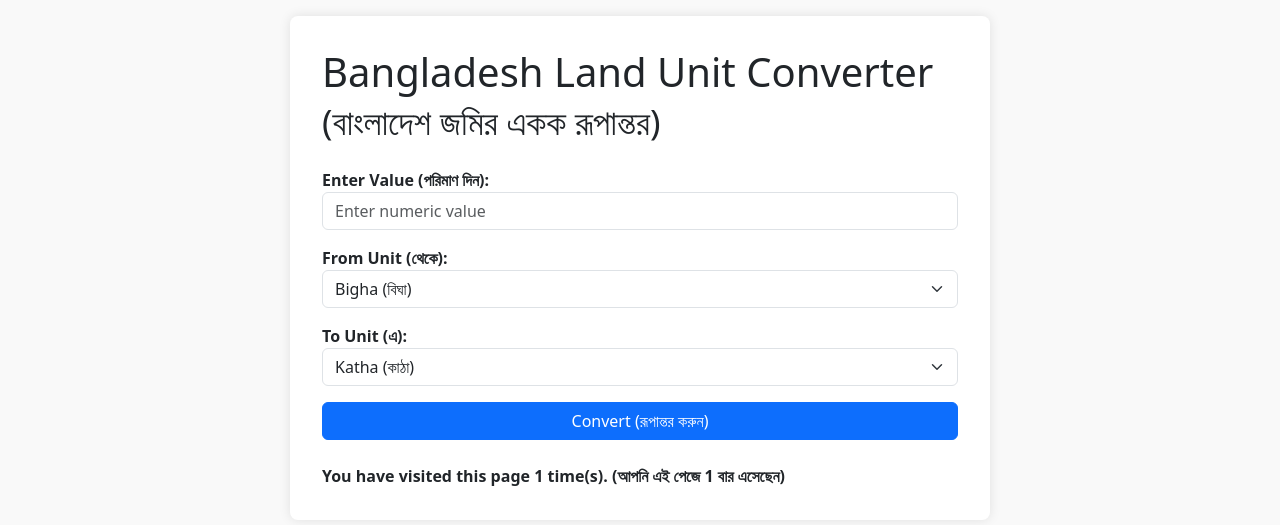
Repository: smriad/bdland
Page: http://localhost/
The author's editor kept a copy of each file at every save. The page is drawn from the files as they stood at one save, then again after the next save.
The browser window is 1280 px wide. The pictures show the whole page.
The page is run by PHP 8.4 with error messages shown; the project is at /var/www/html/.

Above is the page before, as saved 2025-07-22 16:52:18.

### index.php
<!DOCTYPE html>
<html lang="bn">
<head>
<meta charset="UTF-8" />
<meta name="viewport" content="width=device-width, initial-scale=1" />
<title>Bangladesh Land Unit Converter (বাংলাদেশ জমির একক রূপান্তর)</title>
<meta name="description" content="Convert all Bangladesh land units like Paki, Bigha, Decimal, Shotangsho, Katha, Kani, Gonda, Acre and more with this converter. বাংলায় ও ইংরেজিতে।" />
<meta name="keywords" content="Bangladesh land unit converter, Paki, Bigha, Decimal, Katha, Kani, Gonda, Acre, Shotangsho, জমির একক রূপান্তর" />
<meta name="author" content="Riad" />
<link rel="stylesheet" href="https://cdnjs.cloudflare.com/ajax/libs/bootstrap/5.3.2/css/bootstrap.min.css" />
<style>
  body { background: #f9f9f9; padding: 1rem; }
  .container { max-width: 700px; margin: auto; background: white; padding: 2rem; border-radius: 8px; box-shadow: 0 0 12px rgba(0,0,0,0.1); }
  h1 { margin-bottom: 1.5rem; }
  label { font-weight: 600; }
  #result { margin-top: 1.5rem; font-size: 1.25rem; font-weight: 700; }
</style>
</head>
<body>
  <div class="container">
    <h1>Bangladesh Land Unit Converter <br/><small>(বাংলাদেশ জমির একক রূপান্তর)</small></h1>

    <label for="inputValue">Enter Value (পরিমাণ দিন):</label>
    <input type="number" id="inputValue" class="form-control mb-3" placeholder="Enter numeric value" />

    <label for="fromUnit">From Unit (থেকে):</label>
    <select id="fromUnit" class="form-select mb-3"></select>

    <label for="toUnit">To Unit (এ):</label>
    <select id="toUnit" class="form-select mb-3"></select>

    <button class="btn btn-primary w-100" onclick="convert()">Convert (রূপান্তর করুন)</button>

    <div id="result" class="mt-4 text-center"></div>
    <div id="visitorCount" style="margin-top:20px; font-weight:bold;">
    <a href='http://www.freevisitorcounters.com'>Freevisitorcounters.com</a> <script type='text/javascript' src='https://www.freevisitorcounters.com/auth.php?id=a167f5871e47764b81c7913f32381b6fe8d692c6'></script>
<script type="text/javascript" src="https://www.freevisitorcounters.com/en/home/counter/1368317/t/0"></script></div>
  </div>



<script>
  // Units converted to square feet (sq ft) base
  const units = {
    "paki": 14400,         // 1 Paki = 1 Bigha = 20 Katha * 720 = 14400 sq ft
    "bigha": 14400,        // 1 Bigha = 14400 sq ft
    "decimal": 435.6,      // 1 Decimal = 1 Shotangsho = 435.6 sq ft approx
    "shotangsho": 435.6,
    "katha": 720,          // 1 Katha = 720 sq ft approx
    "ojutangsho": 4.356,   // 1 Ojutangsho = Shotangsho / 100 = 4.356 sq ft
    "kani": 17280,         // 1 Kani = 17280 sq ft
    "gonda": 864,          // 1 Gonda = 864 sq ft
    "kora": 216,           // 1 Kora = 216 sq ft
    "kranti": 72,          // 1 Kranti = 72 sq ft
    "til": 3.6,            // 1 Til = 3.6 sq ft
    "acre": 43560,         // 1 Acre = 43560 sq ft
    "chain": 4356,         // 1 Chain = 66 feet * 66 feet = 4356 sq ft
    "square_meter": 10.7639,   // 1 sqm = 10.7639 sq ft
    "square_link": 0.4356,     // 1 Square Link = 0.4356 sq ft
    "bargo_hat": 2.25,      // approx 1 Bargo Hat (8 Hat Nol) ~ 2.25 sq ft
    "chotak": 45,           // 1 Chotak = 45 sq ft (approx from 16 Chotak = 720 sq ft)
    "kak": 54,              // Approx 1 Kak = 54 sq ft (4 Kak = 1 Kora -> 216 sq ft)
    "donto": 12,            // 1 Donto = 12 sq ft
    "dhul": 1.71,           // 1 Dhul = 1.71 sq ft
    "renu": 0.057,          // 1 Renu = 0.057 sq ft
  };

  const unitNames = {
    "paki": "Paki (পাকি)",
    "bigha": "Bigha (বিঘা)",
    "decimal": "Decimal (ডেসিমেল)",
    "shotangsho": "Shotangsho (শতাংশ)",
    "katha": "Katha (কাঠা)",
    "ojutangsho": "Ojutangsho (ওজুতাংশ)",
    "kani": "Kani (কানি)",
    "gonda": "Gonda (গণ্ডা)",
    "kora": "Kora (কোরা)",
    "kranti": "Kranti (ক্রান্তি)",
    "til": "Til (তিল)",
    "acre": "Acre (একর)",
    "chain": "Chain (চেইন)",
    "square_meter": "Square Meter (বর্গ মিটার)",
    "square_link": "Square Link (বর্গ লিঙ্ক)",
    "bargo_hat": "Bargo Hat (বার্গো হাত)",
    "chotak": "Chotak (চোতাক)",
    "kak": "Kak (কাক)",
    "donto": "Donto (দন্ত)",
    "dhul": "Dhul (ধূল)",
    "renu": "Renu (রেণু)",
  };

  // Populate dropdowns
  window.onload = () => {
    const fromSelect = document.getElementById("fromUnit");
    const toSelect = document.getElementById("toUnit");
    for (const key in units) {
      let optionFrom = document.createElement("option");
      optionFrom.value = key;
      optionFrom.text = unitNames[key];
      fromSelect.appendChild(optionFrom);

      let optionTo = document.createElement("option");
      optionTo.value = key;
      optionTo.text = unitNames[key];
      toSelect.appendChild(optionTo);
    }
    fromSelect.value = "bigha";
    toSelect.value = "katha";
  };

  function convert() {
    const value = parseFloat(document.getElementById("inputValue").value);
    const fromUnit = document.getElementById("fromUnit").value;
    const toUnit = document.getElementById("toUnit").value;
    const resultDiv = document.getElementById("result");

    if (isNaN(value) || value <= 0) {
      resultDiv.innerHTML = "Please enter a valid positive number (একটি বৈধ ধনাত্মক সংখ্যা লিখুন)";
      return;
    }
    if (!units[fromUnit] || !units[toUnit]) {
      resultDiv.innerHTML = "Invalid unit selection (ভুল একক নির্বাচন)";
      return;
    }

    const valueInSqFt = value * units[fromUnit];
    const convertedValue = valueInSqFt / units[toUnit];

    resultDiv.innerHTML = `
      ${value} ${unitNames[fromUnit]} = <strong>${convertedValue.toFixed(4)}</strong> ${unitNames[toUnit]} <br/>
      (${value} ${unitNames[fromUnit]} = <strong>${convertedValue.toFixed(4)}</strong> ${unitNames[toUnit]})
    `;
  }

  (function(){
  const countKey = "myVisitorCount";
  let count = localStorage.getItem(countKey);

  if (!count) {
    count = 1;
  } else {
    count = parseInt(count) + 1;
  }

  localStorage.setItem(countKey, count);

  document.getElementById("visitorCount").innerText = `You have visited this page ${count} time(s). (আপনি এই পেজে ${count} বার এসেছেন)`;
})();

</script>
</body>
</html>

After the next save:
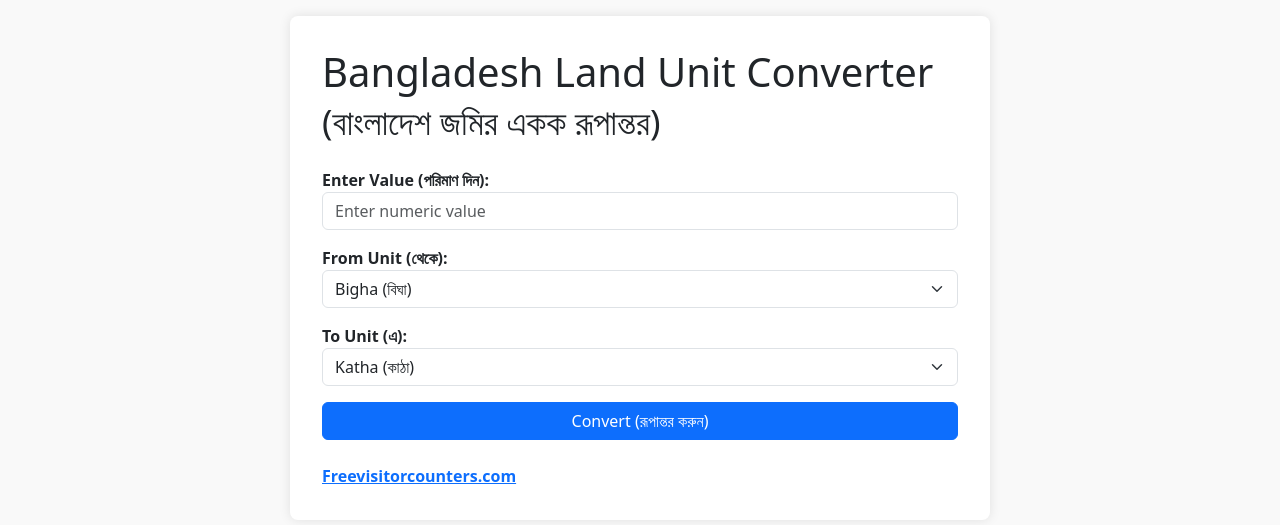
Saved 21 s later.
--- a/index.php
+++ b/index.php
@@ -132,20 +132,7 @@
     `;
   }
 
-  (function(){
-  const countKey = "myVisitorCount";
-  let count = localStorage.getItem(countKey);
 
-  if (!count) {
-    count = 1;
-  } else {
-    count = parseInt(count) + 1;
-  }
-
-  localStorage.setItem(countKey, count);
-
-  document.getElementById("visitorCount").innerText = `You have visited this page ${count} time(s). (আপনি এই পেজে ${count} বার এসেছেন)`;
-})();
 
 </script>
 </body>
